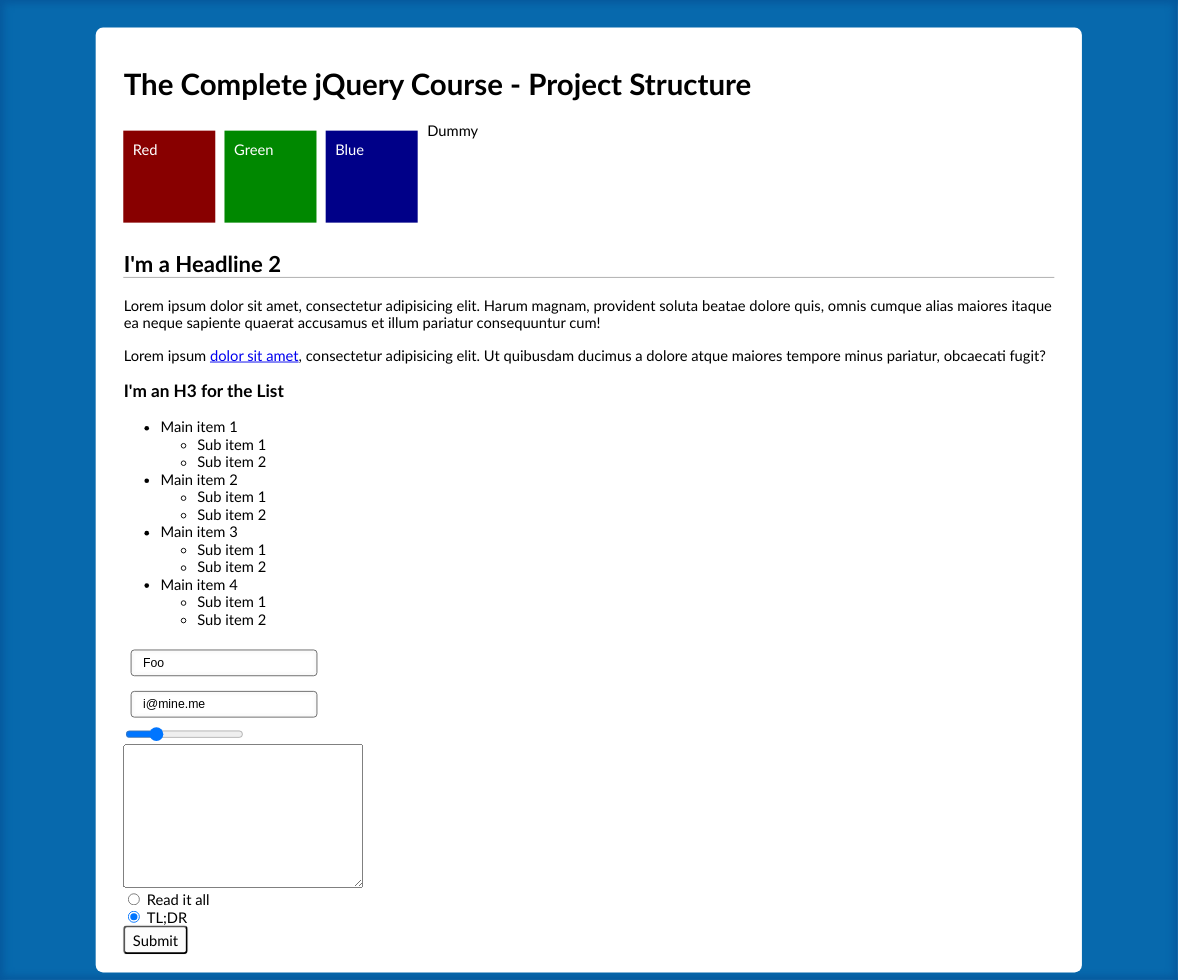
Repository: vpriyankaprabhu/Jquery-examples
Page: 05/add-remove-css-classes/index.html
These files come from the project's save history. The page is drawn as it stood at one moment and after the next save; the edit follows.
The browser window is 1280 px wide. The pictures show the whole page, at 92% of full size.

Above is the page before, as saved 2024-12-30 13:26:09.

### 05/add-remove-css-classes/index.html
<!DOCTYPE html>
<html lang="en">
<head>
  <meta charset="UTF-8">
  <script src="https://code.jquery.com/jquery-1.12.3.min.js" integrity="sha256-aaODHAgvwQW1bFOGXMeX+pC4PZIPsvn2h1sArYOhgXQ=" crossorigin="anonymous"></script>
  <script src="js/script.js"></script>
  <link rel="stylesheet" href="css/style.css">
  <title>The Complete jQuery Course - Course Code</title>
</head>
<body>
  <div id="content">
    <h1>The Complete jQuery Course - Project Structure</h1>

    <div class="red-box">Red</div>
    <div class="green-box">Green</div>
    <div class="blue-box">Blue</div>
    <div class="dummy">Dummy</div>
    <div class="clear"></div>

    <h2>I'm a Headline 2</h2>
    <p>Lorem ipsum dolor sit amet, consectetur adipisicing elit. Harum magnam, provident soluta beatae dolore quis, omnis cumque alias maiores itaque ea neque sapiente quaerat accusamus et illum pariatur consequuntur cum!</p>
    <p>Lorem ipsum <a id="link" title="An amazing link" href="/url">dolor sit amet</a>, consectetur adipisicing elit. Ut quibusdam ducimus a dolore atque maiores tempore minus pariatur, obcaecati fugit?</p>

    <h3>I'm an H3 for the List</h3>
    <!-- An unordered list with ID "list" -->
    <ul id="list">
      <li>Main item 1
        <ul>
          <li>Sub item 1</li>
          <li>Sub item 2</li>
        </ul></li>
      <li>Main item 2
        <ul>
          <li>Sub item 1</li>
          <li>Sub item 2</li>
        </ul></li>
      <li>Main item 3
        <ul>
          <li>Sub item 1</li>
          <li>Sub item 2</li>
        </ul></li>
      <li>Main item 4
        <ul>
          <li>Sub item 1</li>
          <li>Sub item 2</li>
        </ul></li>
    </ul>

    <!-- A form element without class or ID  -->
    <form action="">
      <input type="text" value="Foo"><br>
      <input type="email" value="i@mine.me"><br>
      <input type="range" min="1" max="10" value="3"><br>
      <textarea name="message" id="message" cols="30" rows="10"></textarea><br>
      <input type="radio" name="toc" value="read" id="read"> <label for="read">Read it all</label> <br>
      <input type="radio" name="toc" value="tldr" checked> <label for="tldr">TL;DR</label> <br>
      <input type="submit" value="Submit">
    </form>
</body>
</html>

### 05/add-remove-css-classes/js/script.js
$(function () {

  // Additional CSS classes can be added to an element via addClass()

  // // For instance, add the class .fancy-link to all anchor tags.
  // // Note that you *do not* add a dot in front of the class name here.
  // $("a").addClass("fancy-link");

  // // You can also add multiple classes at once.
  // $("p:first").addClass("large emphasize");

  // // To attach a class based on the index of the element in your selected
  // // set of elements, you can use a callback function.
  // $("li li").addClass(function(index) {
  //   // This adds classes .item-0, .item-1, ... to the list's sub-items.
  //   $(this).addClass("item-" + index);
  // });

  // // You can even use two parameters for the callback function, the index
  // // and the current class of the element.
  // $("div").addClass(function(index, currentClasses) {
  //   console.log(currentClasses);  // String containing all classes

  //   // Add .red-box if the current classes contain "dummy"
  //   if (currentClasses.indexOf("dummy") !== -1) {
  //     return "red-box";
  //   }
  // });

  // // You can again chain these calls to switch one class for another.
  // $(".green-box").removeClass("green-box").addClass("blue-box");

  // // To quickly toggle one particular CSS class, use toggleClass().
  // $("li li:first").toggleClass("emphasize");


  $(".dummy").removeClass("dummy").addClass(".green-box")
});

### 05/add-remove-css-classes/css/style.css
.lightbox {
  position: absolute;
  top: 0;
  left: 0;
  display: none;
  width: 30%;
  height: 60%;
  padding: 15% 35% 25% 35%;
  color: #000000;
  background-color: rgba(200, 100, 0, 0.9);
  text-align: center;
  text-shadow: #333 0 1px 0; }

.red-box {
  float: left;
  width: 80px;
  height: 80px;
  margin: 10px 10px 10px 0;
  padding: 10px;
  color: #ffffff;
  background-color: #880000; }

.green-box {
  float: left;
  width: 80px;
  height: 80px;
  margin: 10px 10px 10px 0;
  padding: 10px;
  color: #ffffff;
  background-color: #008800; }

.blue-box {
  float: left;
  width: 80px;
  height: 80px;
  margin: 10px 10px 10px 0;
  padding: 10px;
  color: #ffffff;
  background-color: #000088; }

.large {
  font-size: 125%;
}

.emphasize {
  color: #666;
  font-style: italic;
}

fieldset {
  border-radius: 4px;
  -moz-border-radius: 4px;
  -webkit-border-radius: 4px; }

label {
  display: inline-block;
  min-width: 100px; }

input[type="text"], input[type="email"], input[type="password"], input[type="tel"] {
  margin: 8px;
  padding: 6px 12px;
  outline: none;
  border: 1px solid #666;
  border-radius: 4px;
  box-shadow: inset 0 0 3px 3px #fafafa; }

input[type="submit"] {
  font-family: "Trebuchet MS", Verdana, Arial, sans-serif;
  font-size: 16px;
  padding: 4px 8px;
  background-color: #fcfcfc;
  box-shadow: 0 0 1px 0 #aaa;
  -webkit-border-radius: 4px;
  -moz-border-radius: 4px;
  border-radius: 4px; }
  input[type="submit"]:hover {
    background-color: #f4f4f4;
    box-shadow: 0 0 1px 0 #ccc; }

html {
  min-height: 100%;
  background-color: #0769ad;
  box-shadow: 0 0 8px 4px #06599d inset; }

body {
  font-size: 16px;
  font-family: "Trebuchet MS", Verdana, Arial, sans-serif; }

.clear {
  clear: both; }

#content {
  overflow: auto;
  width: 80%;
  background-color: #fff;
  margin: 30px auto 0 auto;
  padding: 20px 30px;
  border-radius: 8px;
  -moz-border-radius: 8px;
  -webkit-border-radius: 8px; }

h1 {
  color: #000; }

h2 {
  border-bottom: 1px solid #aaa; }

#dashboard {
  position: absolute;
  width: 120px;
  height: 60%;
  left: -140px;
  top: 100px;
  padding: 20px;
  border-radius: 0 6px 6px 0;
  box-shadow: 0 0 3px 3px #f0f0f0;
  background-color: #999; }

.fancy-link {
  display: inline-block;
  text-decoration: none;
  color: #111199; }

.fancy-link:after {
  display: block;
  content: '';
  border-bottom: solid 1px #22a;
  transform: scaleX(0.0001);
  transition: transform 250ms ease-in-out; }

.fancy-link:hover:after {
  transform: scaleX(1); }

/*# sourceMappingURL=style.css.map */

After the next save:
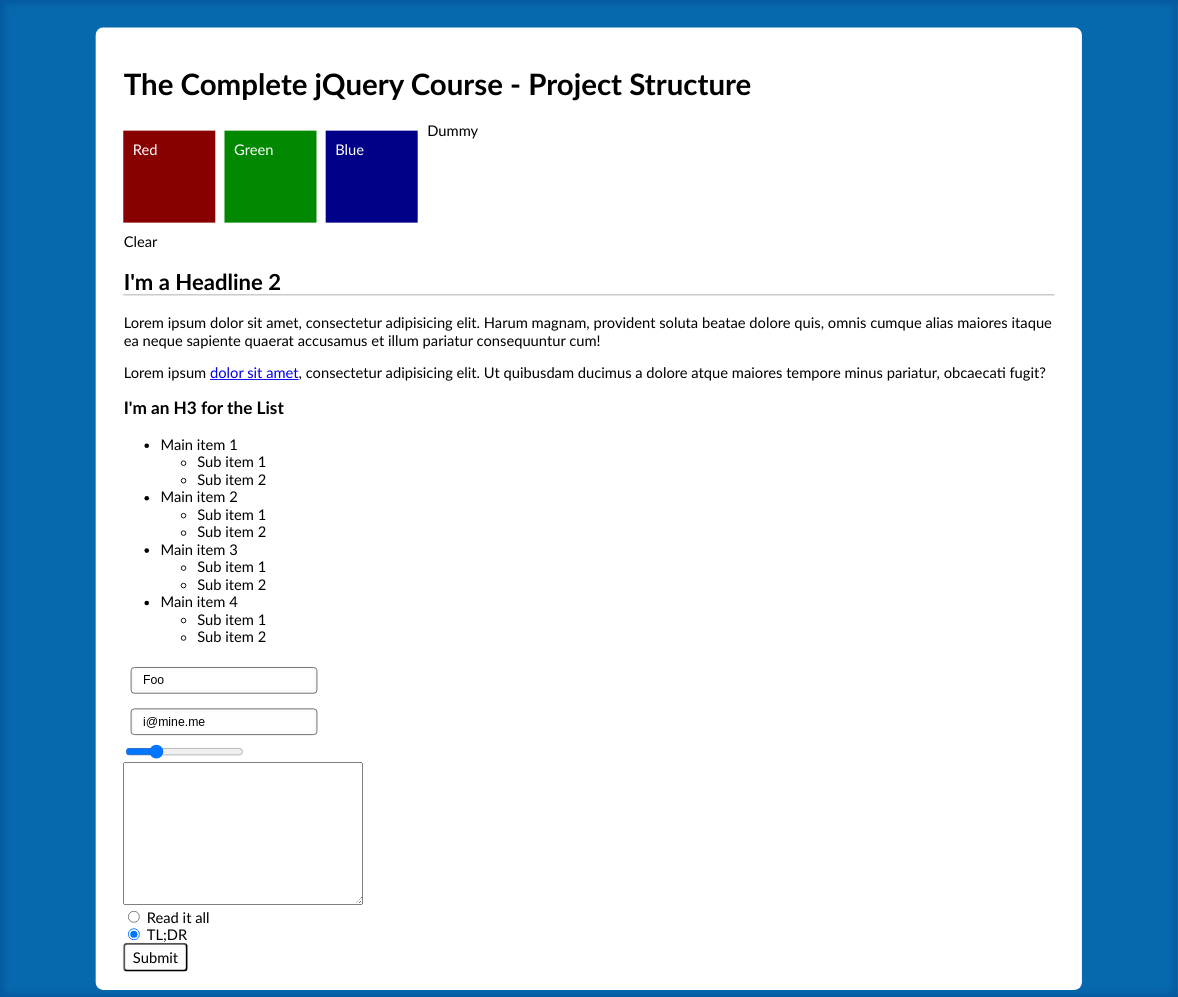
Saved 27 s later.
--- a/05/add-remove-css-classes/index.html
+++ b/05/add-remove-css-classes/index.html
@@ -15,7 +15,7 @@
     <div class="green-box">Green</div>
     <div class="blue-box">Blue</div>
     <div class="dummy">Dummy</div>
-    <div class="clear"></div>
+    <div class="clear">Clear</div>
 
     <h2>I'm a Headline 2</h2>
     <p>Lorem ipsum dolor sit amet, consectetur adipisicing elit. Harum magnam, provident soluta beatae dolore quis, omnis cumque alias maiores itaque ea neque sapiente quaerat accusamus et illum pariatur consequuntur cum!</p>
